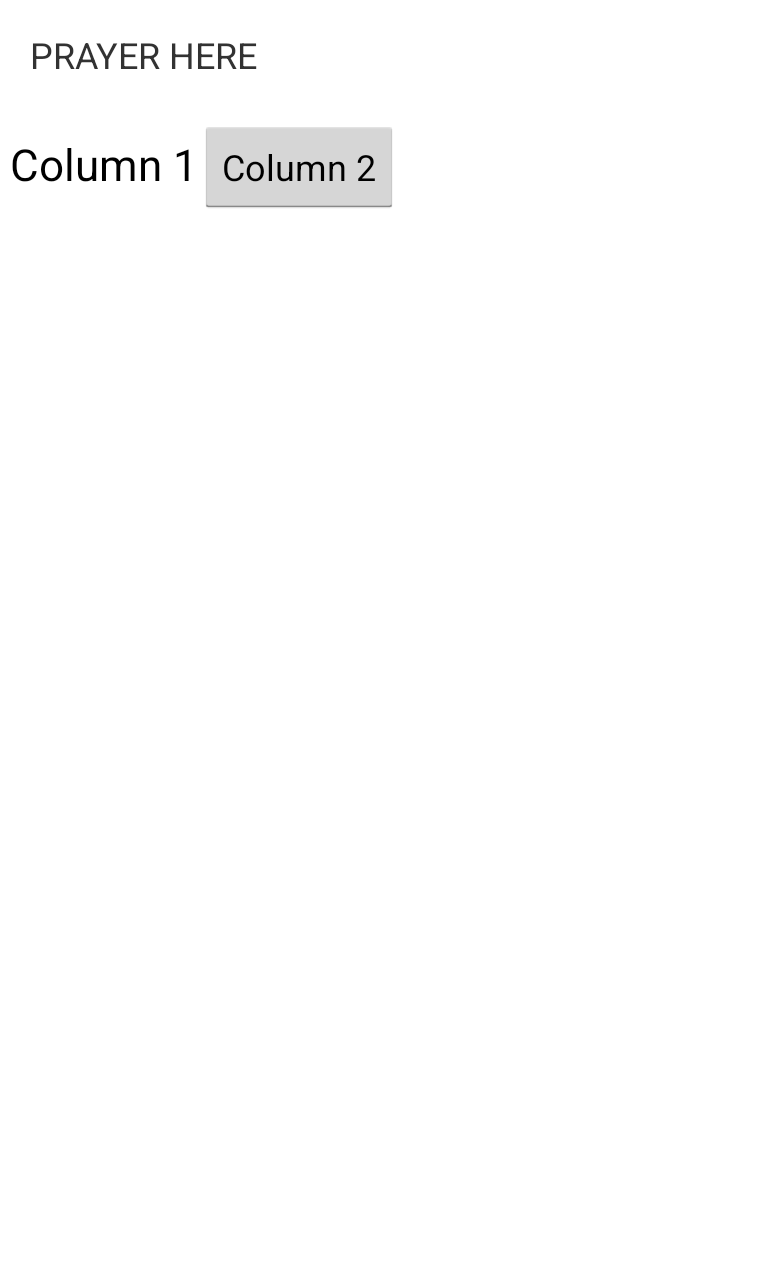
Repository: Osamah/Afstudeerwerk
Layout: NativeApp/SecondPillar/res/layout/activity_prayer.xml
These files come from the project's save history. The layout is drawn as it stood at one moment and after the next save; the edit follows.
It is drawn on a 768 x 1280 px phone screen (xhdpi) without system bars, with theme AppTheme; the app's code is not run.

Above is the layout before, as saved 2012-12-27 22:46:04.

After the next save:
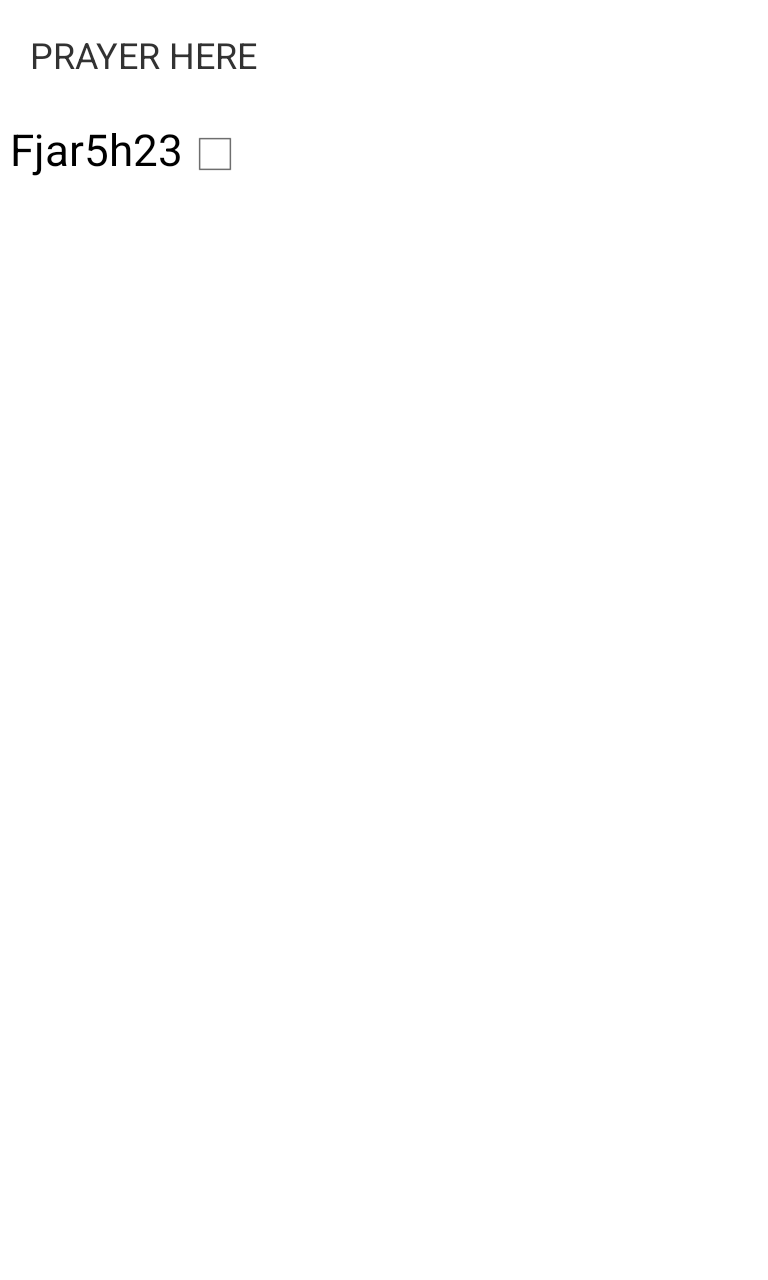
Saved 4 min 47 s later.
--- a/NativeApp/SecondPillar/res/layout/activity_prayer.xml
+++ b/NativeApp/SecondPillar/res/layout/activity_prayer.xml
@@ -27,14 +27,22 @@
         android:padding="5dip" >
 
         <TextView
-            android:id="@+id/textView1"
-            android:text="Column 1"
+            android:id="@+id/prayer1"
+            android:text="Fjar"
             android:textAppearance="?android:attr/textAppearanceLarge" />
 
-        <Button
-            android:id="@+id/button1"
-            android:text="Column 2" />
+        <TextView
+            android:id="@+id/prayerTime1"
+            android:text="5h23"
+            android:textAppearance="?android:attr/textAppearanceLarge" />
+
+        <CheckBox
+            android:id="@+id/prayerNotification1"
+        />
+
+
     </TableRow>
+
     </TableLayout>
 
 
